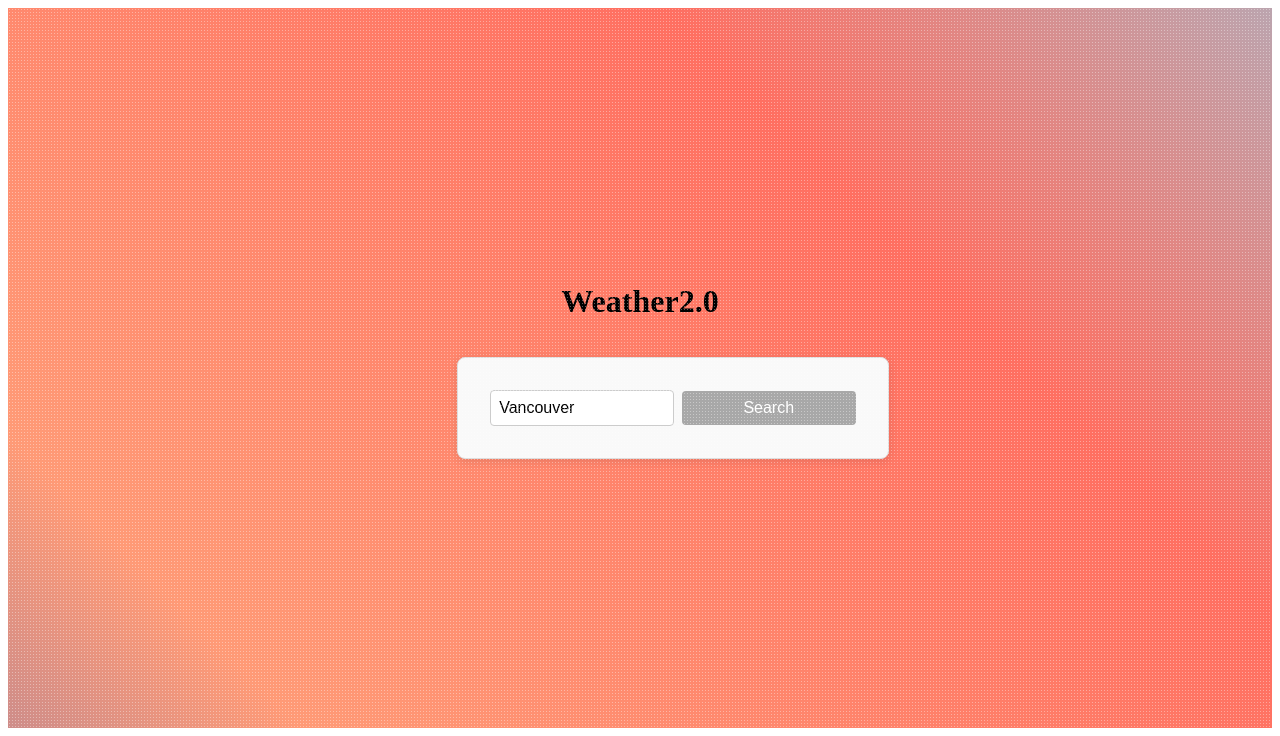
Repository: schwendyjr/COMP3170-Project
Page: /
An editor plug-in stored every save of this project. The page is shown before and after the next save, followed by the edit.
The browser window is 1280 px wide. The pictures show the whole page.
The page's requests for data from a server got no answer. The project was rebuilt for these pictures with package versions that can differ from the ones it lists, and the page was loaded fresh each time. The framework's server and built-in components were replaced by stand-ins that run in the browser. No one was signed in, and anything a server would have sent is missing. Also part of the build but not shown: utils/formatDate.js, components/WeatherCardItem.js, components/Forecast.js.

Above is the page before, as saved 2024-12-03 20:44:55.

After the next save:
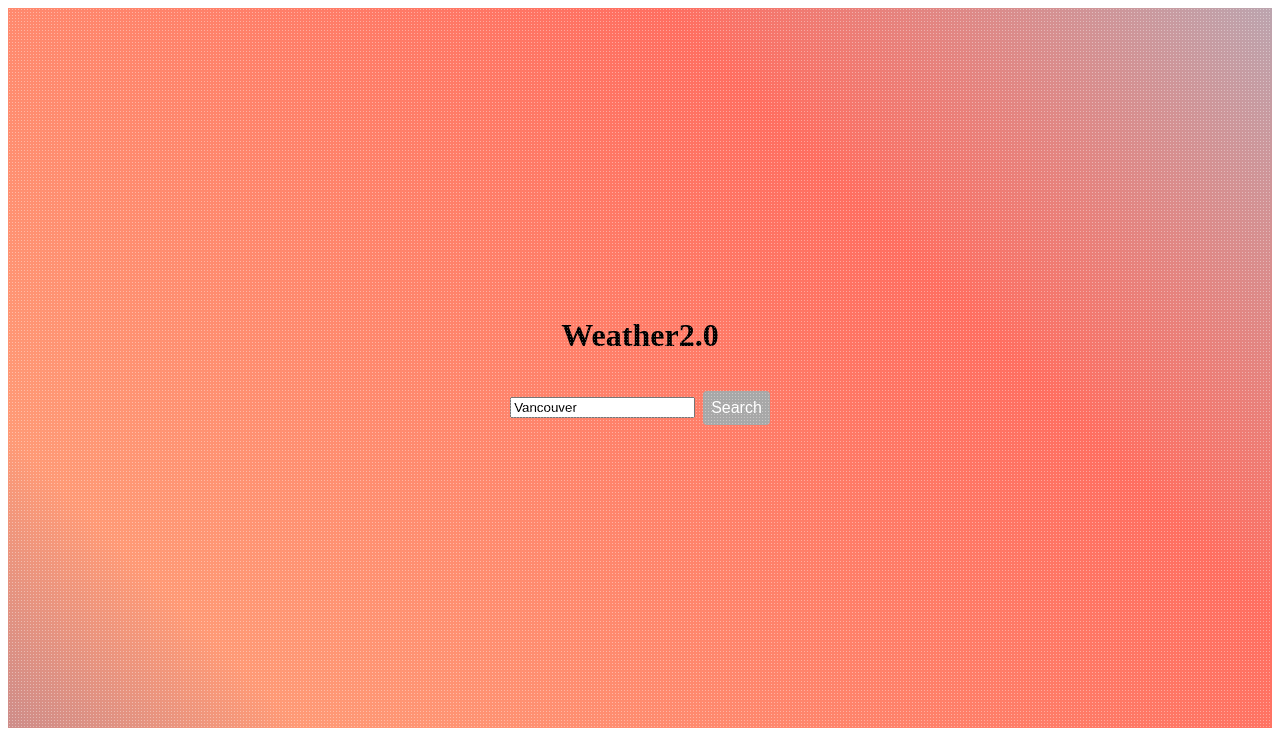
Saved 12 s later.
--- a/styles/Home.module.css
+++ b/styles/Home.module.css
@@ -125,7 +125,7 @@ pointer-events: none;
   margin: 1rem 0;
   align-items: center;
   justify-content: center;
-
+}
   /* flex-direction: column; /* Stack input and button */
   padding: 2rem;
   width: 100%;
@@ -134,7 +134,7 @@ pointer-events: none;
   border-radius: 8px;
   box-shadow: 0 2px 10px rgba(0, 0, 0, 0.1);
   background-color: #f9f9f9; */
-}
+
 
 .searchForm input {
   width: 100%; /* Make input fill available space */
